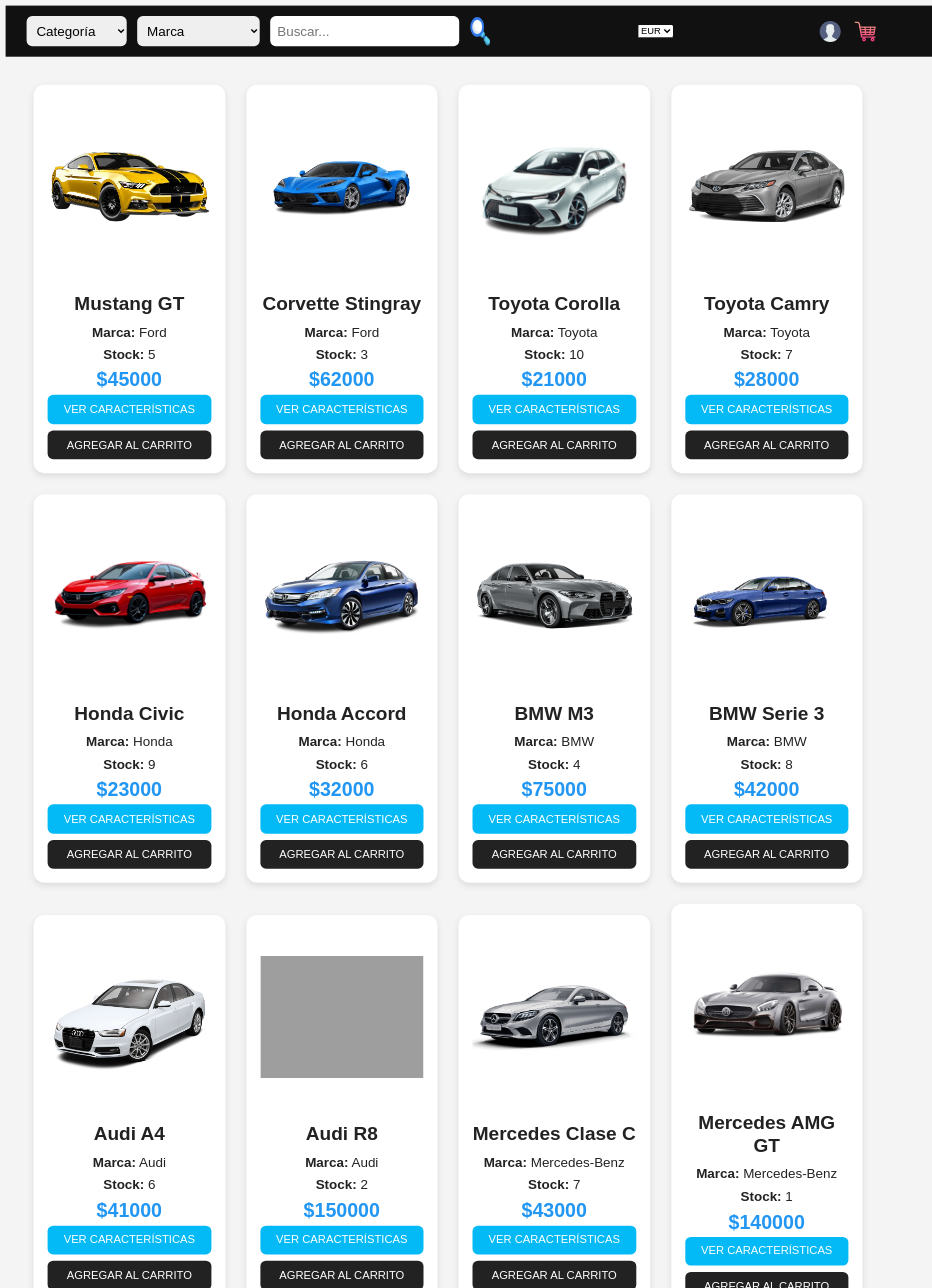
Repository: covaa15/DWEC
Page: Proyecto/index.html
These files come from the project's save history. The page is drawn as it stood at one moment and after the next save; the edit follows.
The browser window is 1280 px wide. The page is 1332 px wide, so the pictures cover 1332 px, including what lies to the right of the window. The pictures show the part of the page from y = 0 to 1840 px (the page is 4299 px tall), at 70% of full size.
Pictures or frames that could not be fetched are drawn as grey boxes.

Above is the page before, as saved 2025-12-13 20:00:49.

After the next save:
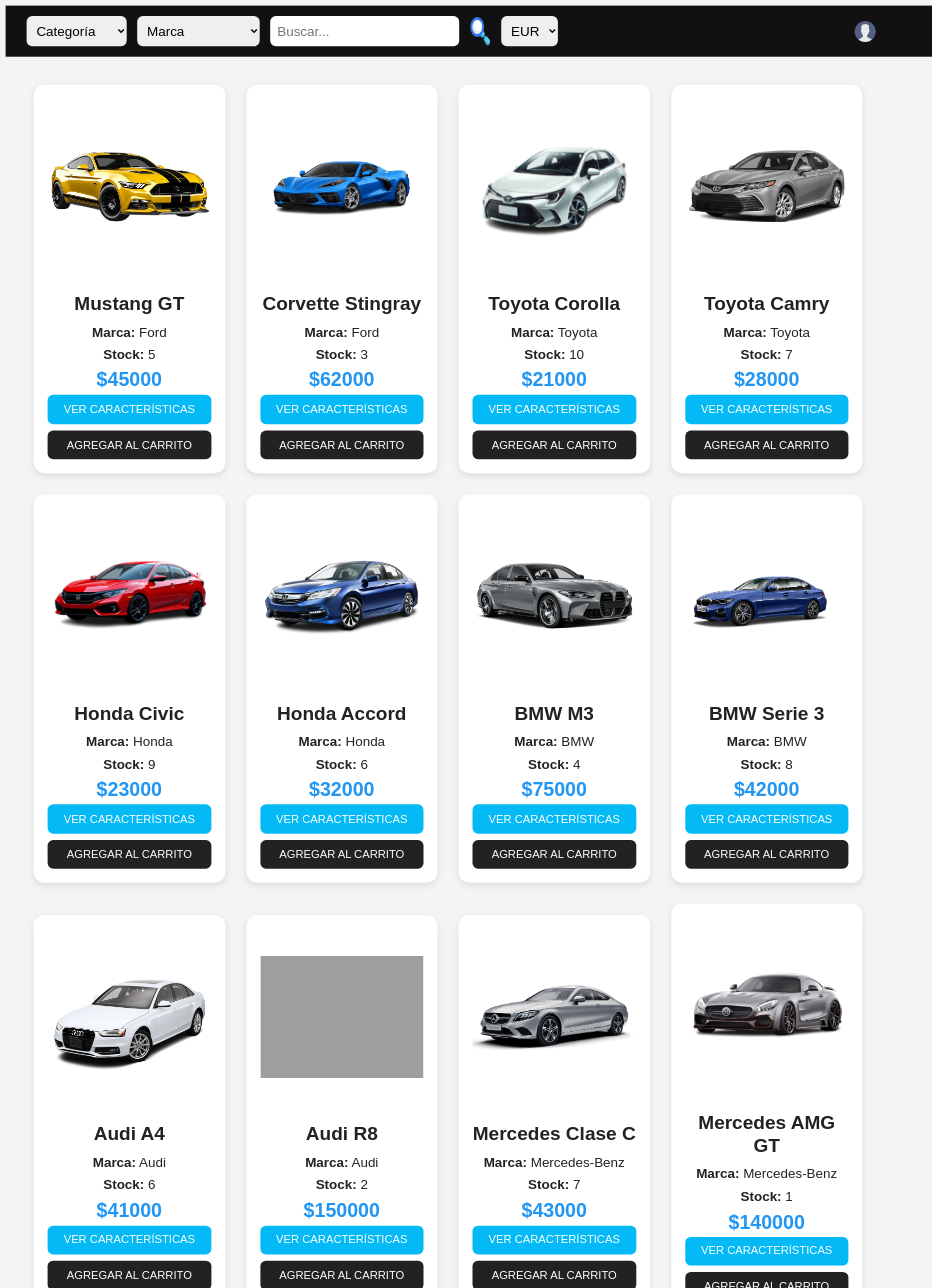
Saved 74 s later.
--- a/Proyecto/index.html
+++ b/Proyecto/index.html
@@ -1,6 +1,5 @@
 <!DOCTYPE html>
 <html lang="es">
-
 <head>
     <meta charset="UTF-8" />
     <meta name="viewport" content="width=device-width, initial-scale=1.0" />
@@ -12,25 +11,27 @@
     <header>
         <div class="filtros">
             <select id="categorias">
-                <option>Categoría</option>
+                <option value="">Categoría</option>
             </select>
 
             <select id="marcas">
-                <option><u>Marca</u></option>
+                <option value="">Marca</option>
             </select>
 
             <input type="text" id="buscador" placeholder="Buscar..." />
             <img src="./imagenes/buscar.png" id="btnBuscar" class="icon-btn">
+
+            <!-- Selector de moneda -->
+            <select id="selectMoneda">
+                <option value="EUR">EUR</option>
+                <option value="USD">USD</option>
+                <option value="GBP">GBP</option>
+            </select>
         </div>
-        <!-- Selector de moneda -->
-        <select id="selectMoneda">
-            <option value="EUR">EUR</option>
-            <option value="USD">USD</option>
-            <option value="GBP">GBP</option>
-        </select>
+
         <div class="icons">
             <img src="./imagenes/usuario.png" id="btnUsuario" class="icon-btn">
-            <img src="./imagenes/caarrito.png" id="btnCarrito" class="icon-btn">
+            <img src="./imagenes/caarrito.png" id="btnCarrito" class="icon-btn oculto">
         </div>
     </header>
 
@@ -42,7 +43,7 @@
         <button id="btnCerrarSesionPanel">Cerrar Sesión</button>
     </div>
 
-    <!-- Ventana Ver Productos -->
+    <!-- Modal Producto -->
     <div id="modalProducto" class="modalOverlay oculto">
         <div class="modal">
             <img src="./imagenes/cerrar.png" id="cerrarModalIcon" class="cerrarIcon">
@@ -70,7 +71,7 @@
         </div>
     </div>
 
-    <!-- Venta Inicio Sesión -->
+    <!-- Modal Login -->
     <div id="modalLogin" class="modalOverlay oculto">
         <div class="modalPequeno">
             <img src="./imagenes/cerrar.png" class="cerrarIcon" id="cerrarLogin">
@@ -87,7 +88,7 @@
         </div>
     </div>
 
-    <!-- Ventana Editar Perfil -->
+    <!-- Modal Editar Perfil -->
     <div id="modalPerfil" class="modalOverlay oculto">
         <div class="modalPequeno">
             <img src="./imagenes/cerrar.png" class="cerrarIcon" id="cerrarPerfil">
@@ -110,7 +111,7 @@
         </div>
     </div>
 
-    <!-- Ventana Carrito -->
+    <!-- Modal Carrito -->
     <div id="modalCarrito" class="modalOverlay oculto">
         <div class="modalCarritoBox">
             <img src="./imagenes/cerrar.png" class="cerrarIcon" id="cerrarCarrito">
@@ -136,7 +137,6 @@
                 <button class="vaciarCarrito">VACIAR CARRITO</button>
                 <button class="realizarCompra">REALIZAR COMPRA</button>
             </div>
-
         </div>
     </div>
 
@@ -144,5 +144,4 @@
 
     <script type="module" src="./js/productos.js"></script>
 </body>
-
 </html>
